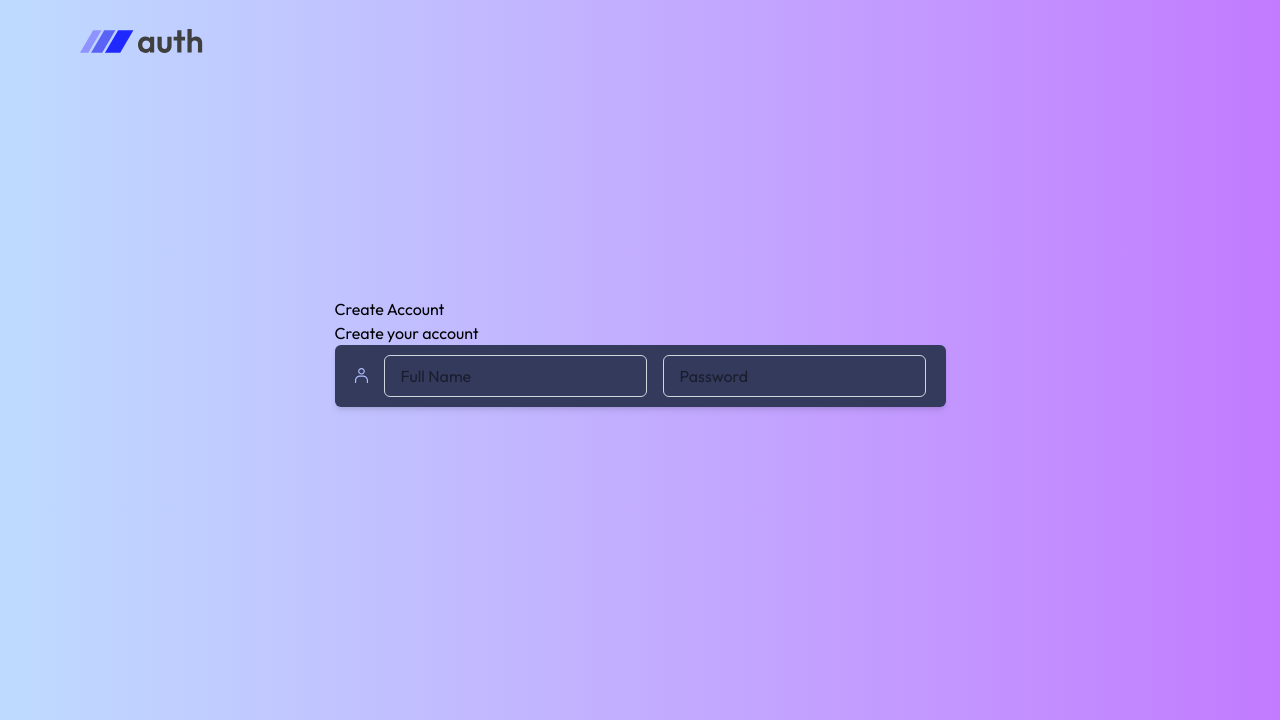
Repository: AuthnSapuarachchi/AuthnticationApplication-MERN-Stack
Page: /login (app in client/)
These files come from the project's save history. The page is drawn as it stood at one moment and after the next save; the edit follows.
The browser window is 1280 px wide. The pictures show the whole page.
The project was rebuilt for these pictures with package versions that can differ from the ones it lists, and the page was loaded fresh each time. Also part of the build but not shown: client/vite.config.js, client/src/components/NavBar.jsx, client/src/components/Header.jsx, client/src/pages/home.jsx, client/src/pages/ResetPassword.jsx, client/src/pages/EmailVerify.jsx.

Above is the page before, as saved 2025-07-31 12:04:53.

### client/index.html
<!doctype html>
<html lang="en">
  <head>
    <meta charset="UTF-8" />
    <link rel="icon" type="image/svg+xml" href="/favicon.svg" />
    <meta name="viewport" content="width=device-width, initial-scale=1.0" />
    <title>AuthCodeLab - MERN AUTH</title>
  </head>
  <body>
    <div id="root"></div>
    <script type="module" src="/src/main.jsx"></script>
  </body>
</html>

### client/src/main.jsx
import { StrictMode } from 'react'
import { createRoot } from 'react-dom/client'
import './index.css'
import App from './App.jsx'
import { BrowserRouter } from 'react-router-dom';

createRoot(document.getElementById('root')).render(
  <BrowserRouter>
    <App />
  </BrowserRouter>,
)

### client/src/index.css
@import url('https://fonts.googleapis.com/css2?family=Outfit:wght@100..900&display=swap');
@import "tailwindcss";

*{
  font-family: "Outfit", sans-serif;
}

### client/src/App.jsx
import React from 'react'
import { Routes, Router, Route } from 'react-router-dom'
import Home from './pages/home'
import Login from './pages/login'
import ResetPassword from './pages/ResetPassword'
import EmailVerify from './pages/EmailVerify'

const App = () => {
  return (
    <div>
      <Routes>
        <Route path='/' element={<Home />} />
        <Route path='/login' element={<Login />} />
        <Route path='/reset-password' element={<ResetPassword />} />
        <Route path='/email-verify' element={<EmailVerify />} />
      </Routes>
    </div>
  )
}

export default App

### client/src/pages/login.jsx
import React, { useState } from 'react'
import { assets } from '../assets/assets';

const Login = () => {
  const [state, setState] = useState('Sign Up');

  return (
    <div className='flex items-center justify-center min-h-screen px-6 sm:px-0 bg-gradient-to-r from-blue-200 to-purple-400 relative'>
      <img src={assets.logo} alt="" className='absolute left-5 sm:left-20
      top-5 w-28 sm:w-32 cursor-pointer' />
      <div>
        <h2>{state === 'Sign Up' ? 'Create Account' : 'Login'}</h2>
        <p>{state === 'Sign Up' ? 'Create your account' : 'Login to your account'}</p>
        <form>
          <div className=' mb-4 flex items-center gap-4 w-full px-5 py-2.5 bg-[#333A5C] rounded-md shadow-md'>
            <img src={assets.person_icon} alt="" />
            <input type="text" placeholder='Full Name' className='border border-gray-300 px-4 py-2 rounded-md' required/>
            <input type="password" placeholder='Password' className='border border-gray-300 px-4 py-2 rounded-md' />
          </div>
        </form>
      </div>
    </div>
  )
}

export default Login

### client/src/assets/assets.js
import arrow_icon from './arrow_icon.svg'
import lock_icon from './lock_icon.svg'
import logo from './logo.svg'
import mail_icon from './mail_icon.svg'
import person_icon from './person_icon.svg'
import hand_wave from './hand_wave.png'
import header_img from './header_img.png'

export const assets = {
    arrow_icon,
    lock_icon,
    logo,
    mail_icon,
    person_icon,
    hand_wave,
    header_img
}

After the next save:
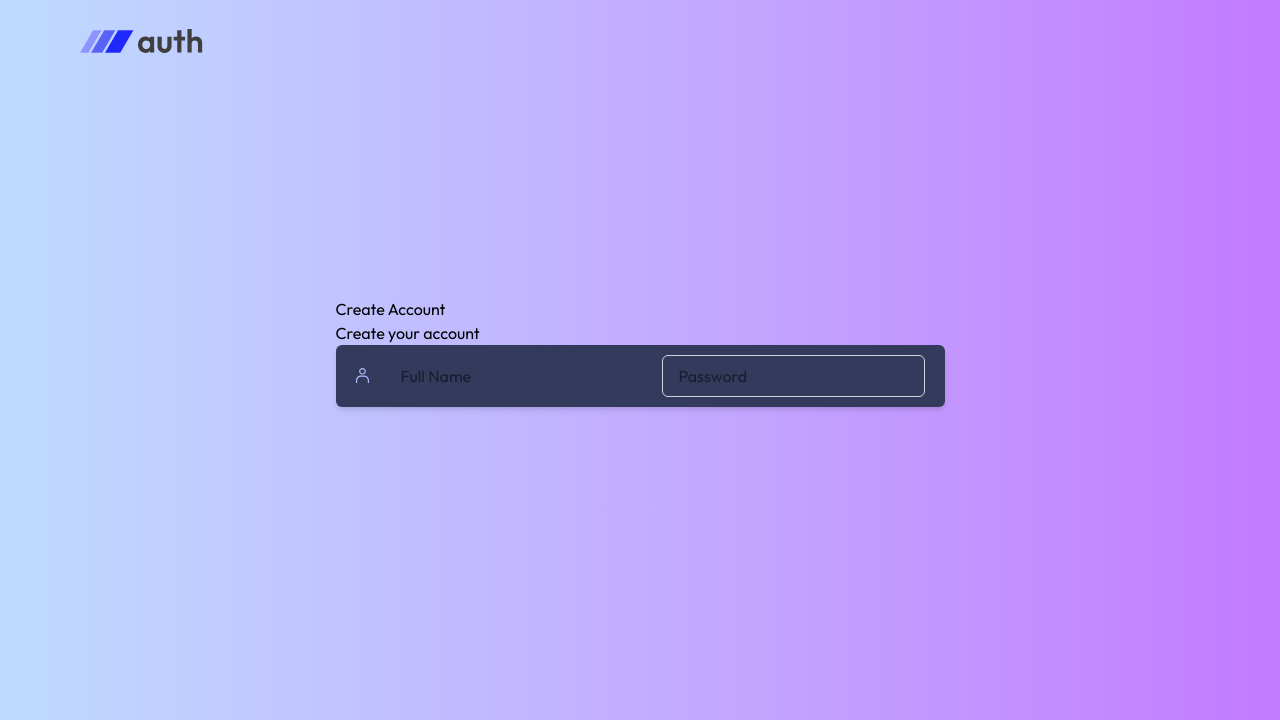
Saved 33 s later.
--- a/client/src/pages/login.jsx
+++ b/client/src/pages/login.jsx
@@ -14,7 +14,7 @@ const Login = () => {
         <form>
           <div className=' mb-4 flex items-center gap-4 w-full px-5 py-2.5 bg-[#333A5C] rounded-md shadow-md'>
             <img src={assets.person_icon} alt="" />
-            <input type="text" placeholder='Full Name' className='border border-gray-300 px-4 py-2 rounded-md' required/>
+            <input type="text" placeholder='Full Name' className='px-4 py-2 rounded-md' required/>
             <input type="password" placeholder='Password' className='border border-gray-300 px-4 py-2 rounded-md' />
           </div>
         </form>
